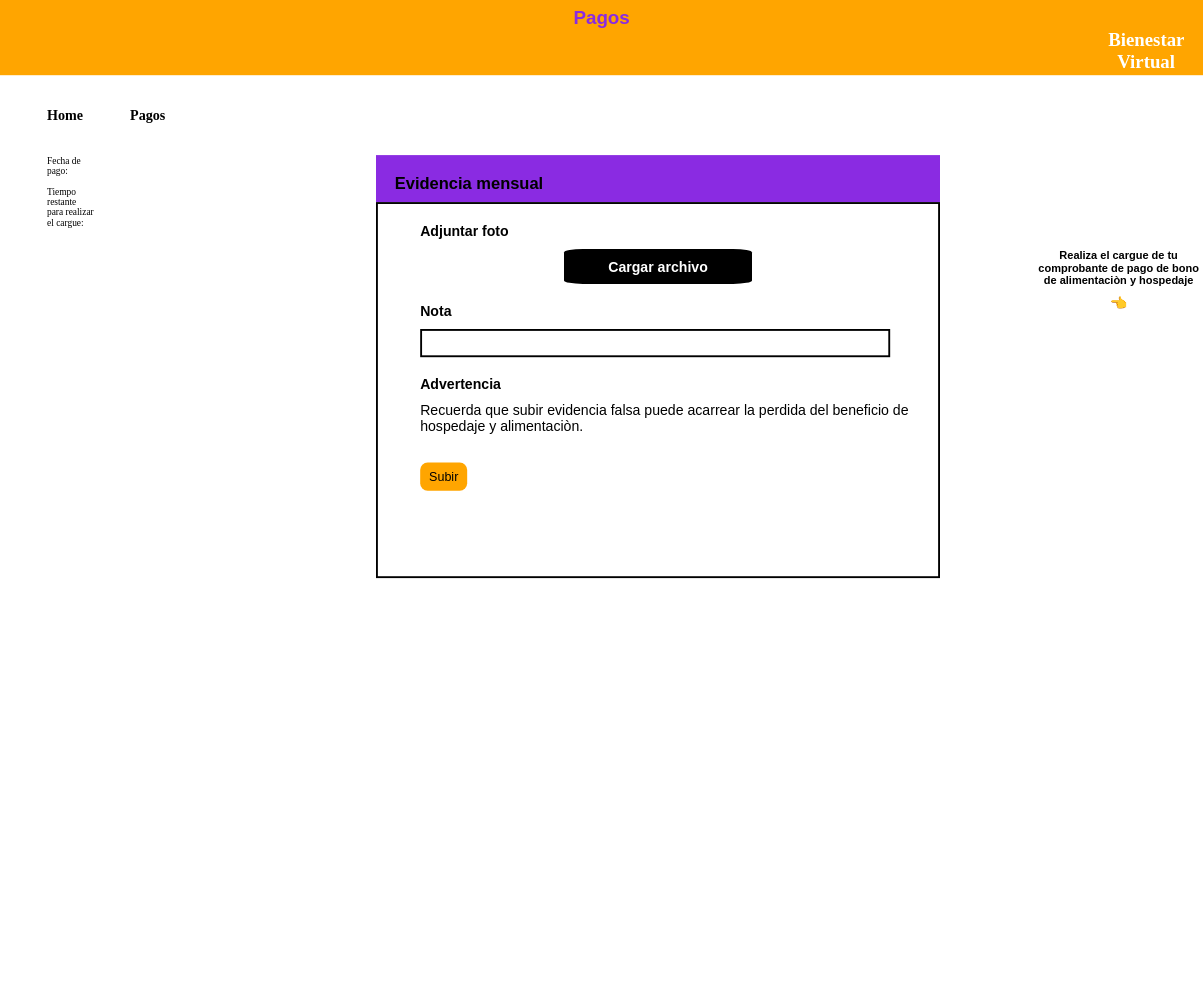
Repository: Diani123/Mis-actividades
Page: softwarebienestarinstitucional/pagos.html
The author's editor kept a copy of each file at every save. The page is drawn from the files as they stood at one save, then again after the next save.
The browser window is 1280 px wide. The pictures show the whole page, at 94% of full size.

Above is the page before, as saved 2023-02-12 20:44:52.

After the next save:
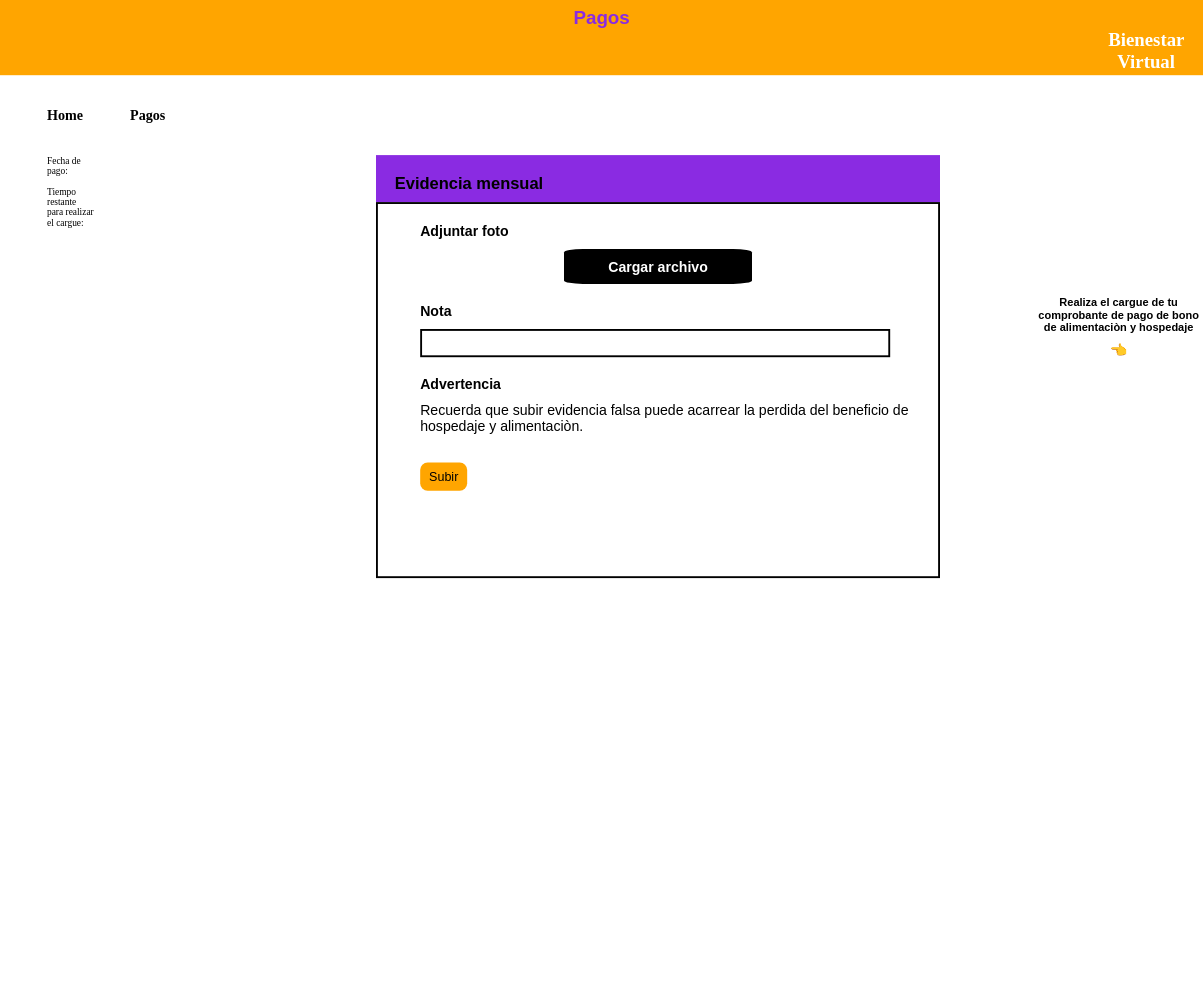
Saved 35 s later.
--- a/softwarebienestarinstitucional/pagos.css
+++ b/softwarebienestarinstitucional/pagos.css
@@ -156,7 +156,7 @@ body {
 }
 .contenedor2{
   margin-left: 80px;
-  margin-top: 100px;
+  margin-top: 150px;
   width: 200px;
   height: 50px;
   padding-left: 20px;
